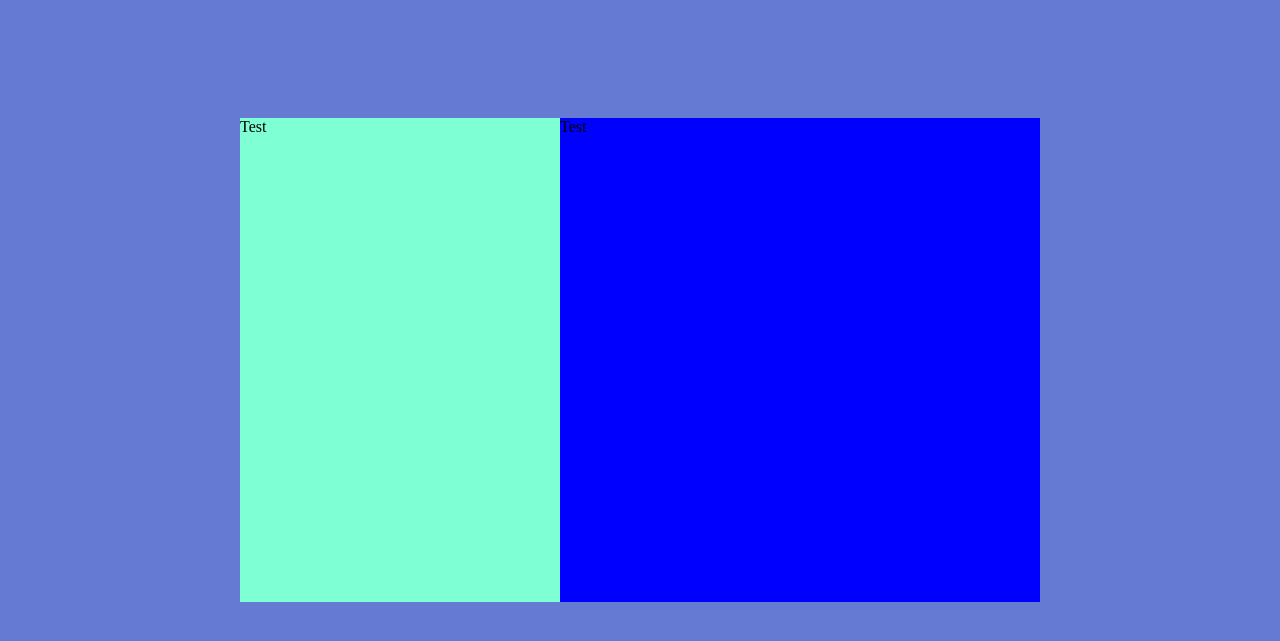
Repository: RugileG/registracijos-forma
Page: index.html
These files come from the project's save history. The page is drawn as it stood at one moment and after a run of saves; the edit follows.
The browser window is 1280 px wide. The pictures show the whole page.

Above is the page before, as saved 2021-05-17 11:34:05.

### index.html
<!DOCTYPE html>
<html lang="en">
<head>
    <meta charset="UTF-8">
    <meta http-equiv="X-UA-Compatible" content="IE=edge">
    <meta name="viewport" content="width=device-width, initial-scale=1.0">
    <title>Registracija</title>
    <style>

        html {
            height: 100%;
        }

        body {
            max-width: 800px;
            min-height: 100%;
            margin: 0 auto;
            position: relative;
            background-color: #657AD3;
        }

        .container {
            width: 100%;
            position: absolute;
            top: 50%;
            transform: translateY(-50%);
        }

        .left-column, .right-column {
            float:left;
            height: 484px;
        }

        .left-column {
            width: 40%;
            background-color: aquamarine;
        }

        .right-column {
            width: 60%;
            background-color: blue;
        }


    </style>
</head>
<body>
    <div class='container'>
        <div class='left-column'>Test</div>
        <div class='right-column'>Test</div>
    </div>
</body>
</html>

After the next 2 saves:
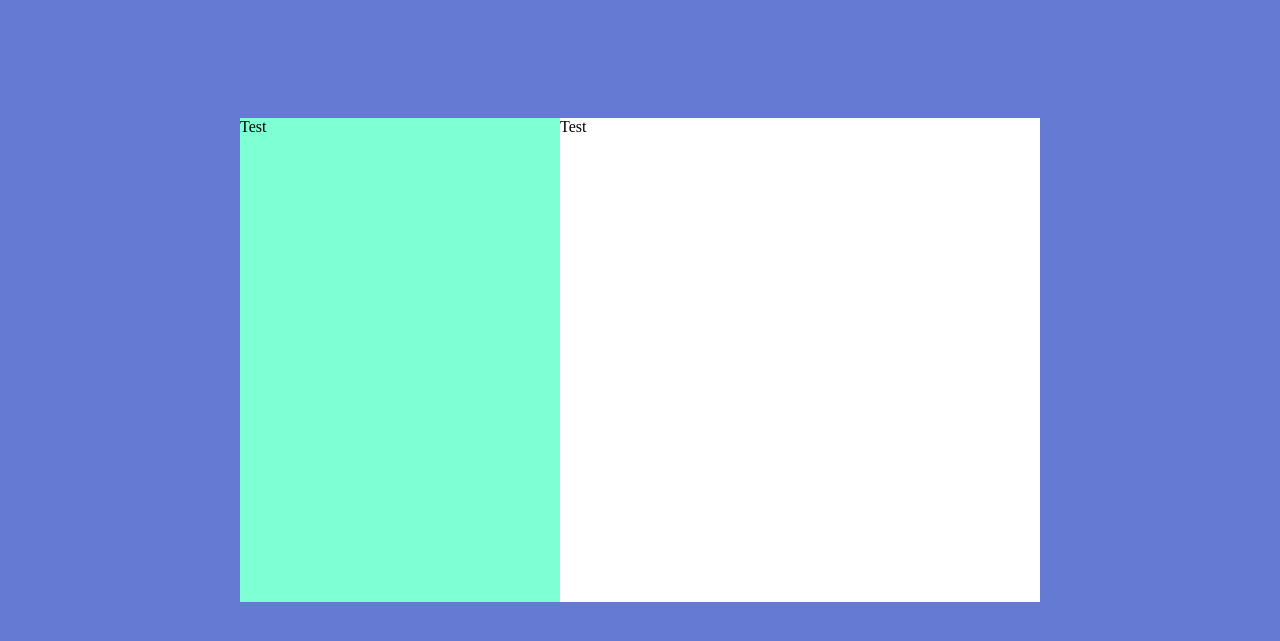
The 2 saves are shown as one change because they came seconds apart.
The last was saved 10 min 1 s later.
--- a/index.html
+++ b/index.html
@@ -38,7 +38,7 @@
 
         .right-column {
             width: 60%;
-            background-color: blue;
+            background-color: #FFFFFF ;
         }
 
 
